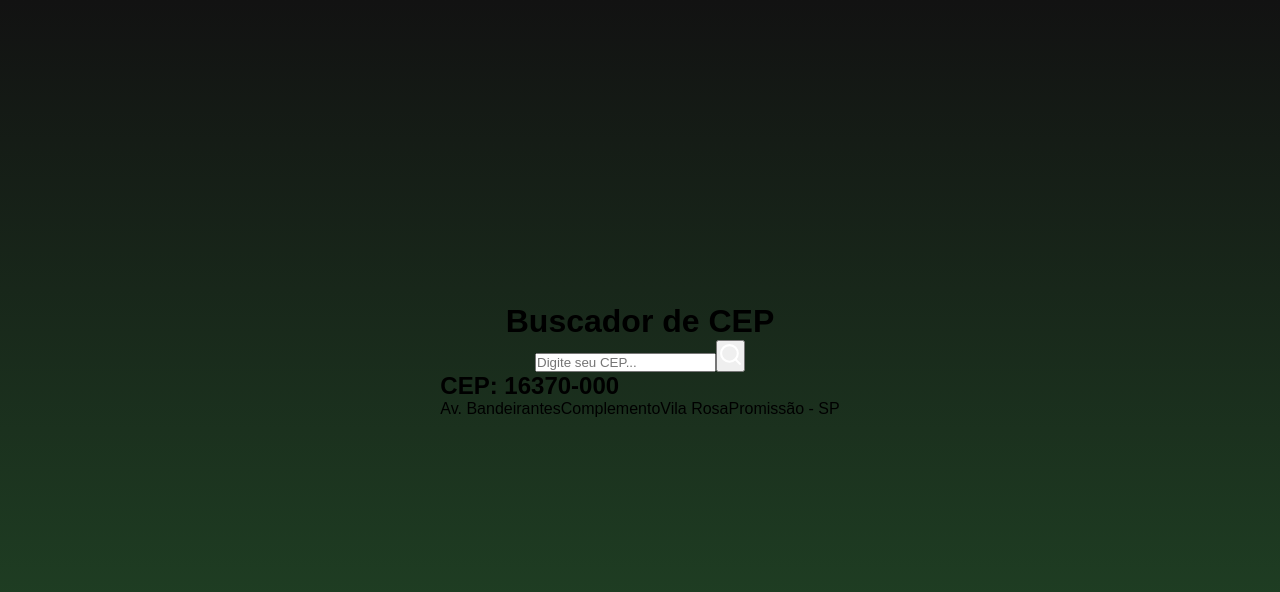
Repository: guipolo09/buscador-de-cep
Page: /
The author's editor kept a copy of each file at every save. The page is drawn from the files as they stood at one save, then again after the next save.
The browser window is 1280 px wide. The pictures show the whole page.
The project was rebuilt for these pictures with package versions that can differ from the ones it lists, and the page was loaded fresh each time.

Above is the page before, as saved 2022-06-26 11:32:03.

After the next save:
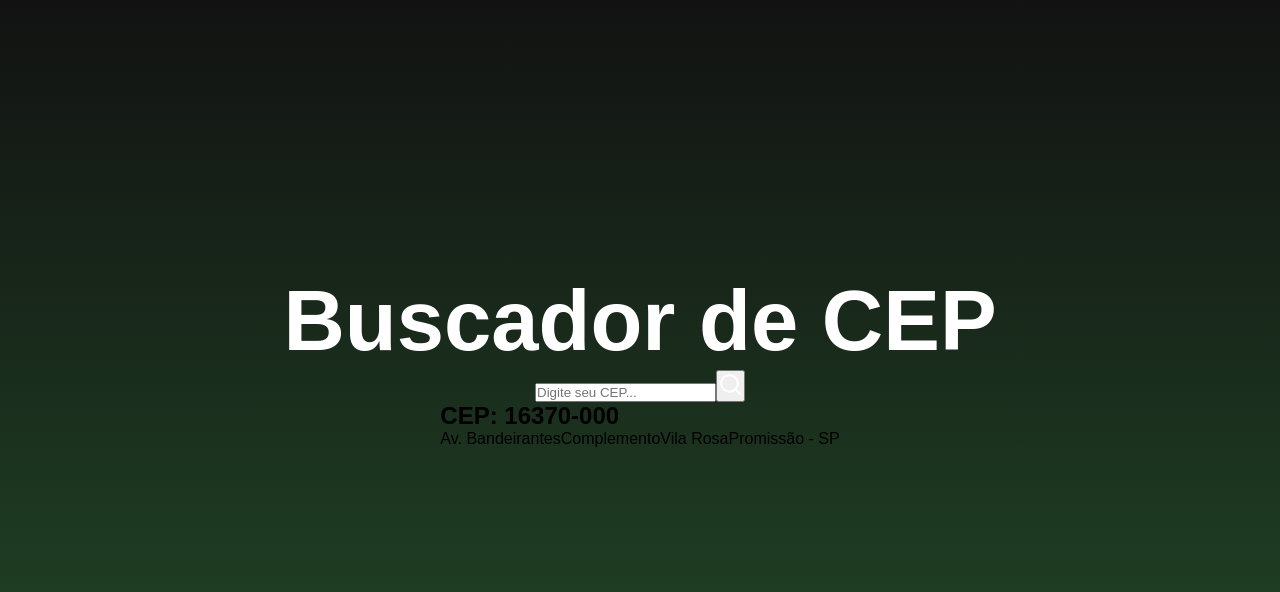
Saved 34 s later.
--- a/src/styles.css
+++ b/src/styles.css
@@ -6,3 +6,8 @@
   flex-direction: column;
   background: linear-gradient(#121212, #214626);
 }
+
+.title {
+  font-size: 85px;
+  color: #fff;
+}
